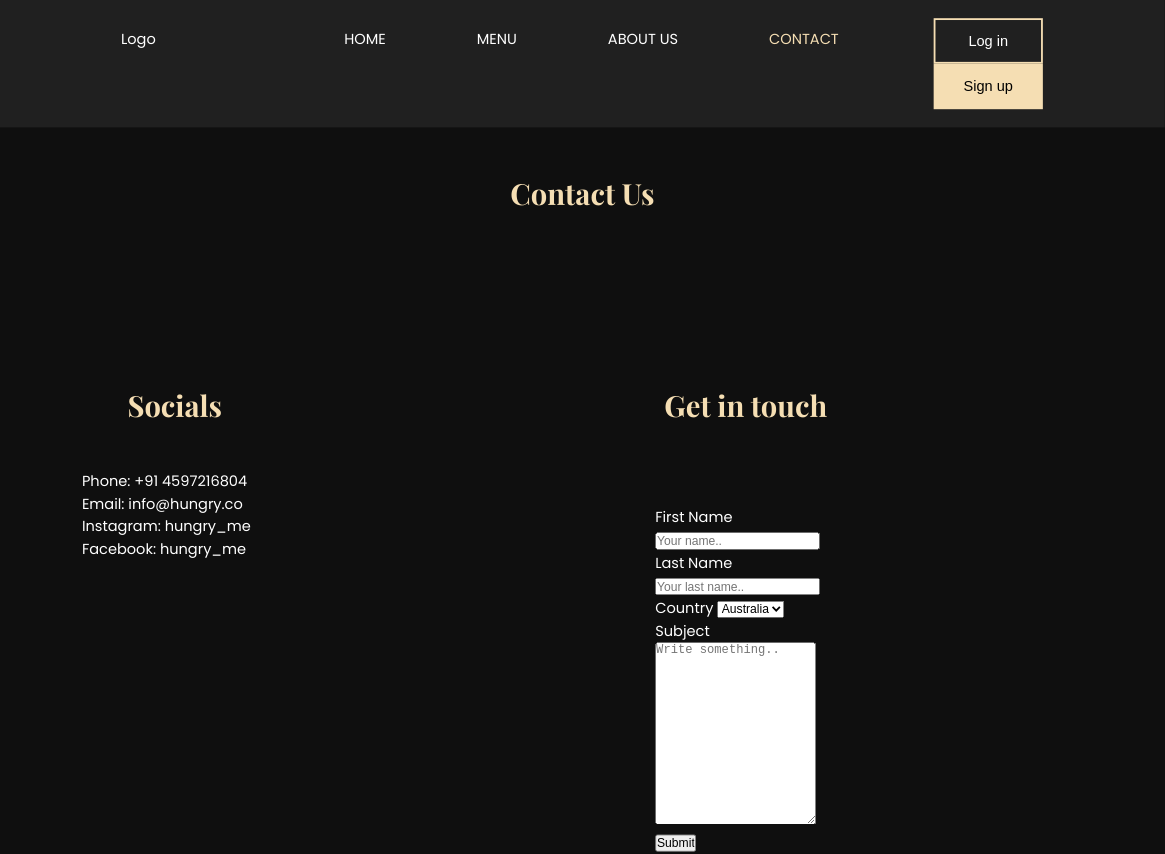
Repository: ThisIsSahaj/NSP
Page: contact.html
The author's editor kept a copy of each file at every save. The page is drawn from the files as they stood at one save, then again after the next save.
The browser window is 1280 px wide. The pictures show the whole page, at 91% of full size.

Above is the page before, as saved 2023-12-26 22:53:58.

### contact.html
<!DOCTYPE html>
<html lang="en">
<head>
    <meta charset="UTF-8">
    <meta http-equiv="X-UA-Compatible" content="IE=edge">
    <meta name="viewport" content="width=device-width, initial-scale=1.0">
    <title>Contact</title>
    <link rel="stylesheet" href="style.css">
</head>
<body>

    <header>

        <nav class="nav">
            <div class="logo">
                Logo
            </div>
            <div class="menu">
                <ul>
                   <a href="index.html" class="navAni"> <li>Home</li> </a>
                   <a href="index.html" class="navAni"> <li>Menu</li> </a>
                   <a href="about.html" class="navAni"> <li>About Us</li> </a>
                   <a href="" class="active navAni"> <li>Contact</li> </a>
            </ul>
        </div>
        <div class="button">
            <button class="login">Log in</button>
            <button class="signup">Sign up</button>
        </div>
    </nav>
</header>


<div class="about">
    <h1>Contact Us</h1>
    <div class="aboutBox">
       <div>
        <h1 style="color: wheat;">Socials</h1>
        <p>Phone: +91 4597216804</p>
        <p>Email: info@hungry.co</p>
        <p>Instagram: hungry_me</p>
        <p>Facebook: hungry_me</p>
    </div>


       <div>
        <h1 style="color: wheat;">Get in touch</h1>
        <div class="formContainer">
            <form >

              <label for="fname">First Name</label>
              <input type="text" id="fname" name="firstname" placeholder="Your name..">

              <label for="lname">Last Name</label>
              <input type="text" id="lname" name="lastname" placeholder="Your last name..">

              <label for="country">Country</label>
              <select id="country" name="country">
                <option value="australia">Australia</option>
                <option value="canada">Canada</option>
                <option value="usa">USA</option>
              </select>

              <label for="subject">Subject</label>
              <textarea id="subject" name="subject" placeholder="Write something.." style="height:200px"></textarea>

              <input type="submit" value="Submit">

            </form>
          </div>
       </div>
    </div>

</div>
</body>
</html>

### style.css
@import url('https://fonts.googleapis.com/css2?family=Poppins:wght@300;400;500;600;700&family=Roboto:wght@100;300;400;500;700;900&display=swap');

@import url('https://fonts.googleapis.com/css2?family=Playfair+Display:wght@400;500;600;700;800;900&family=Poppins:wght@300;400;500;600;700&family=Roboto:wght@100;300;400;500;700;900&display=swap');


*{
    margin: 0px;
    padding: 0px;
    box-sizing: border-box;

}

body{
    background-color: #0F0F0F;
    font-family: 'Poppins', sans-serif;
    /* color: rgb(224, 212, 212); */
    color: white;
}

header{
    margin-top: 0px;
    background-color: #202020;
    padding: 20px;
}
nav{
    display: flex;
    flex-direction: row;
    justify-content: space-around;
}

ul {
    display: flex;
    flex-direction: row;
    list-style: none;
    /* border: 2px solid green; */
}
a {
    color: #fff;
    text-transform: uppercase;
    text-decoration: none;
    /* letter-spacing: 0.15em;      */
    /* display: inline-block; */
    /* padding: 15px 20px; */
    position: relative;
    /* border: 2px solid red; */
}
.navAni:after {
    background: none repeat scroll 0 0 transparent;
    bottom: 0;
    content: "";
    display: block;
    height: 2px;
    left: 50%;
    position: absolute;
    background: #fff;
    transition: width 0.3s ease 0s, left 0.3s ease 0s;
    width: 0;
    margin-bottom: 10px;
}

.navAni:hover:after {
    width: 100%;
    left: 0;
    background-color:wheat;
}
.active{
    color: wheat;
}


.logo{
    width: 20%;
    margin: 10px;
    display: flex;
    justify-content: center;
    /* border: 2px solid hotpink; */

}
.menu ul li{
    margin: 10px 50px;

}

.menu{
    width: 60%;
    display: flex;
    justify-content: center;
    /* border: 2px solid blue; */

}
.button{
    width: 20%;
    /* border: 2px solid hotpink; */
}
button {
    height: 50px;
    width: 120px;
    margin: 0px 10px;
    /* border-radius: 50px; */
    background-color: wheat;
    font-size: 16px;
    cursor: pointer;
    border: none;
}

button:hover{
    background-color: transparent;
    color: white;
    border: 2px solid wheat;
}

.login{
border: 2px solid wheat;
background-color: transparent;
color: white;

}

.login:hover {
    background-color: wheat;
    color: black;
}

.viewMenu{
    margin: 50px;
    border: none;
    width: 160px;
    height: 60px;
}

.sec1{
    /* border: 2px solid red; */
    height: 870px;
    width: 100%;
    background-image: url("assets/images/hero-slider-1.jpg");

    display: flex;
    flex-direction: column;
    justify-content: center;
    align-items: center;
    font-size: 96px;
    font-family: "Playfair Display";
}


.sec2{
width: 100%;
height: 870px;
display: flex;
flex-direction: column;
/* justify-content: center; */
align-items: center;
}

.sec2 p{
    color: wheat;
    font-size: 18px;
    margin: 50px 0px;
}

.about{
    width: 100%;
    height: 50vw;
    display: flex;
    flex-direction: column;
    /* justify-content: center; */
    align-items: center;
    }

.about h1{
    font-family: "Playfair Display";
    margin: 50px;
    color: wheat;
    }

 .aboutBox{
    width: 100%;
    height: 20vw;

    display: flex;
    flex-direction: row;
    justify-content: center;
    padding: 50px;
 }

 .aboutBox div{
    width: 50%;
    padding: 40px;
    height: 60%;
 }


.cardContainer{
    width: 100%;
    height: 700px;
    display: flex;
    flex-direction: row;
    padding: 40px;
    justify-content: center;
}


 .card {
    box-shadow: 0 4px 8px 0 rgba(155, 155, 155, 0.2);
    transition: 0.3s;
    width: 20%;
    height: 70%;
    border-radius: 5px;
    margin: 0px 20px;
    cursor: pointer;
  }

  .card:hover {
    box-shadow: 0 8px 16px 0 rgba(155, 155, 155, 0.2);
  }

  img {
    border-radius: 5px 5px 0 0;
  }

  .container {
    padding: 2px 16px;
    text-align: center;
  }
  .container p{
    font-size: 24px;
  }

After the next save:
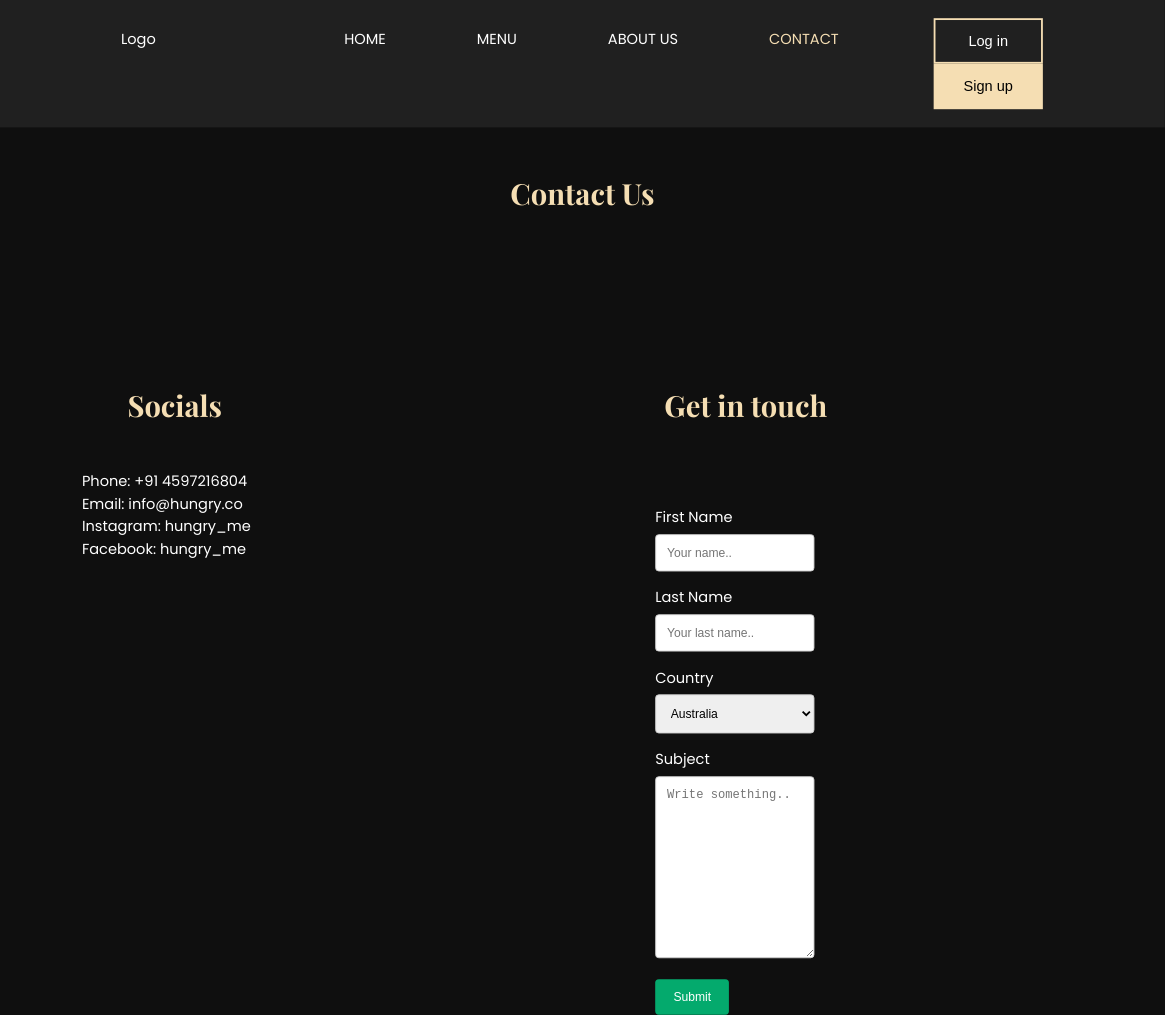
Saved 35 s later.
--- a/style.css
+++ b/style.css
@@ -225,3 +225,40 @@ align-items: center;
   .container p{
     font-size: 24px;
   }
+
+
+
+
+
+  input[type=text], select, textarea {
+    width: 100%; /* Full width */
+    padding: 12px; /* Some padding */
+    border: 1px solid #ccc; /* Gray border */
+    border-radius: 4px; /* Rounded borders */
+    box-sizing: border-box; /* Make sure that padding and width stays in place */
+    margin-top: 6px; /* Add a top margin */
+    margin-bottom: 16px; /* Bottom margin */
+    resize: vertical /* Allow the user to vertically resize the textarea (not horizontally) */
+  }
+
+  /* Style the submit button with a specific background color etc */
+  input[type=submit] {
+    background-color: #04AA6D;
+    color: white;
+    padding: 12px 20px;
+    border: none;
+    border-radius: 4px;
+    cursor: pointer;
+  }
+
+  /* When moving the mouse over the submit button, add a darker green color */
+  input[type=submit]:hover {
+    background-color: #45a049;
+  }
+
+  /* Add a background color and some padding around the form */
+  .container {
+    border-radius: 5px;
+    background-color: #f2f2f2;
+    padding: 20px;
+  }
